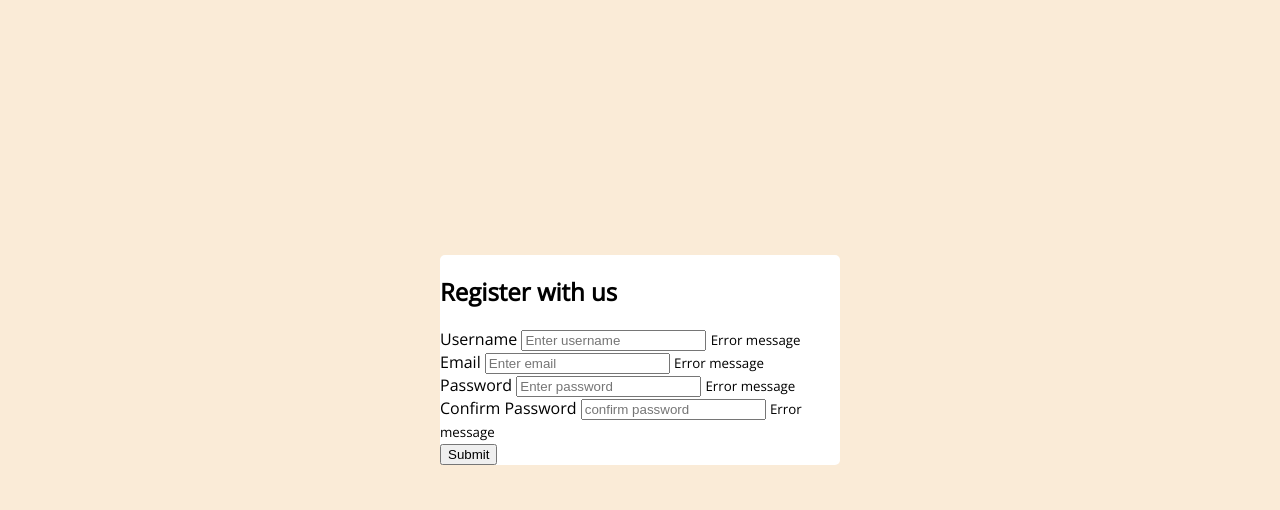
Repository: Azariagmt/Vanilla-javascript
Page: Form-Validator/index.html
The author's editor kept a copy of each file at every save. The page is drawn from the files as they stood at one save, then again after a run of saves.
The browser window is 1280 px wide. The pictures show the whole page.

Above is the page before, as saved 2020-04-20 09:35:28.

### Form-Validator/index.html
<!DOCTYPE html>
<!--[if lt IE 7]>      <html class="no-js lt-ie9 lt-ie8 lt-ie7"> <![endif]-->
<!--[if IE 7]>         <html class="no-js lt-ie9 lt-ie8"> <![endif]-->
<!--[if IE 8]>         <html class="no-js lt-ie9"> <![endif]-->
<!--[if gt IE 8]><!--> <html class="no-js"> <!--<![endif]-->
    <head>
        <meta charset="utf-8">
        <meta http-equiv="X-UA-Compatible" content="IE=edge">
        <title>Form Validator</title>
        <meta name="description" content="">
        <meta name="viewport" content="width=device-width, initial-scale=1">
        <link rel="stylesheet" href="style.css">
    </head>
    <body>
        <!--[if lt IE 7]>
            <p class="browsehappy">You are using an <strong>outdated</strong> browser. Please <a href="#">upgrade your browser</a> to improve your experience.</p>
        <![endif]-->

        <div class="container">
            <form action="" id="form" class="form">
                <h2> Register with us   </h2>
                <div class="form-control">
                    <label for="username">Username</label>
                    <input type="text" id="username" placeholder="Enter username">
                    <small> Error message</small>
                </div>
                <div class="form-control">
                    <label for="email">Email</label>
                    <input type="text" id="email" placeholder="Enter email">
                    <small> Error message</small>
                </div>
                <div class="form-control">
                    <label for="password">Password</label>
                    <input type="password" id="password" placeholder="Enter password">
                    <small> Error message</small>
                </div>
                <div class="form-control">
                    <label for="confirm">Confirm Password</label>
                    <input type="password" id="confirm" placeholder="confirm password">
                    <small> Error message</small>
                </div>
                <button>Submit</button>
            </form>
        </div>
        <script src="script.js" async defer></script>
    </body>
</html>

### Form-Validator/style.css
@import url('https://fonts.googleapis.com/css2?family=Open+Sans:wght@300&display=swap');

*{
    box-sizing: border-box;
}

body{
    background-color: antiquewhite;
    font-family: 'Open Sans', sans-serif;
    display: flex;
    align-items: center;
    justify-content: center;
    min-height: 100vh;
    margin: 0;
}

.container{
    background-color:white;
    border-radius: 5px;
    box-shadow: 10 0px 10px rgba(0, 0, 0, .3);
    width: 400px;
}

Loaded but not shown: Form-Validator/script.js (no copy from this time; the picture is the same without it)

After the next 2 saves:
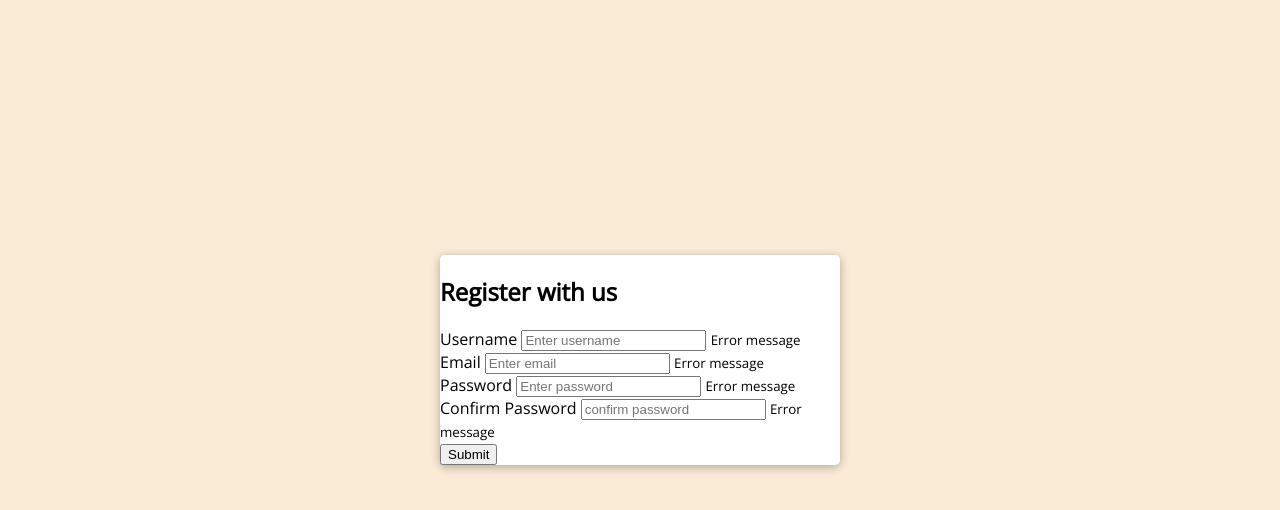
The 2 saves are shown as one change because they came seconds apart.
The last was saved 10 s later.
--- a/Form-Validator/style.css
+++ b/Form-Validator/style.css
@@ -17,6 +17,6 @@ body{
 .container{
     background-color:white;
     border-radius: 5px;
-    box-shadow: 10 0px 10px rgba(0, 0, 0, .3);
+    box-shadow: 0 2px 10px rgba(0, 0, 0, .3);
     width: 400px;
 }
